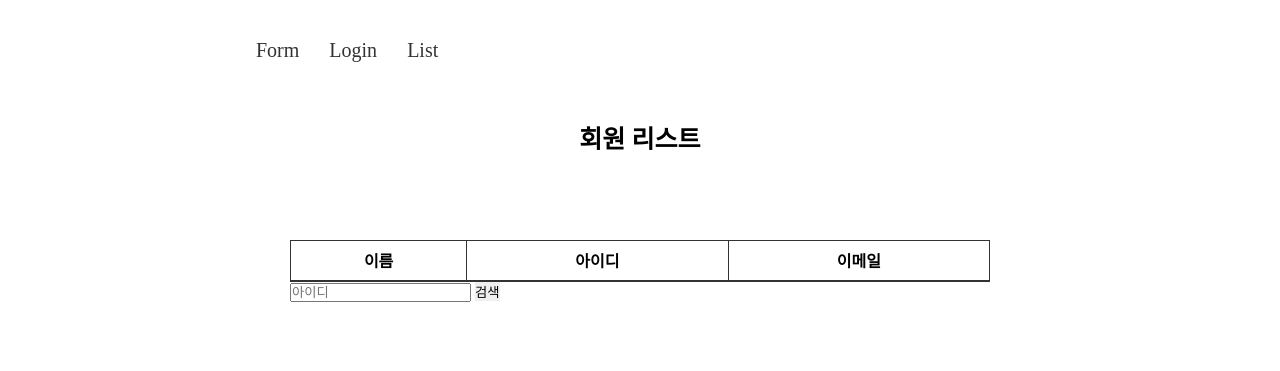
Repository: zeroj-0/eclipseProjects
Page: http://localhost/jv301/mod010/user_list.do
An editor plug-in stored every save of this project. The page is shown before and after the next save, followed by the edit.
The browser window is 1280 px wide. The pictures show the whole page.
The page is served by Tomcat 9. Queries for data that is not in the repository find no rows.

Above is the page before, as saved 2022-07-07 07:03:12.

After the next save:
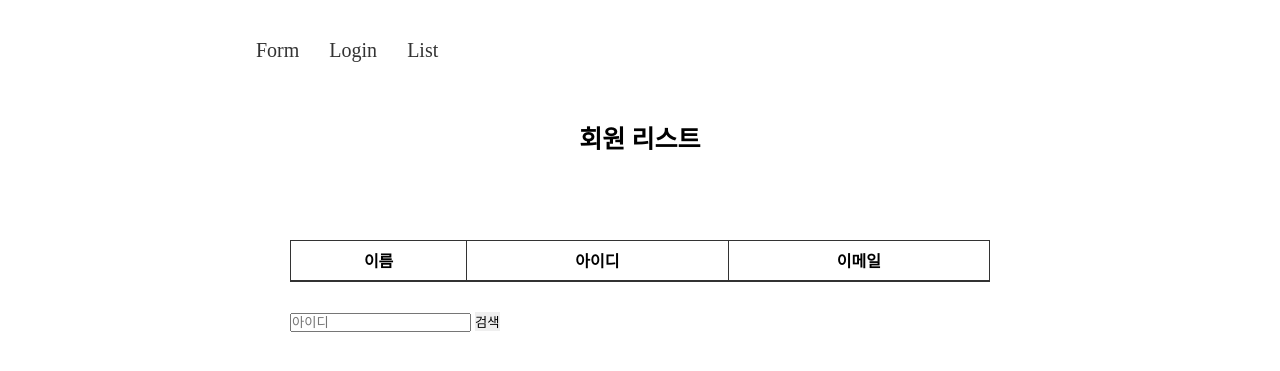
Saved 61 s later.
--- a/jv301/src/main/webapp/mod010/user_list.jsp
+++ b/jv301/src/main/webapp/mod010/user_list.jsp
@@ -25,6 +25,10 @@
 	table th {
 		border: 1px solid #333;
 		border-bottom: 2px solid #333;
+	}
+	.search-area {
+		width: 100%;
+		margin-top: 30px;
 	}
 </style>
 </head>
